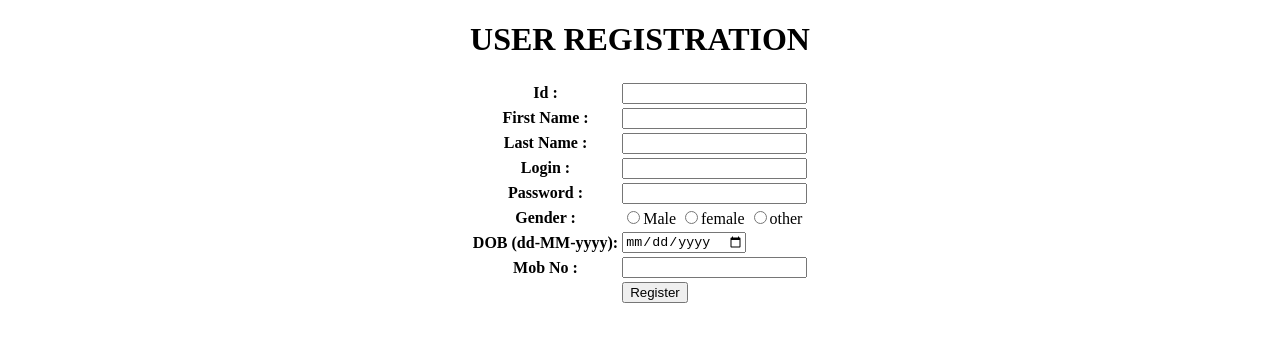
Repository: sachinmandloi1921/AdvanceJava
Page: http://localhost/Advance_Maven/RegView.jsp
An editor plug-in stored every save of this project. The page is shown before and after the next save, followed by the edit.
The browser window is 1280 px wide. The pictures show the whole page.
The page is served by Tomcat 9. Other server files are loaded and not shown.

Above is the page before, as saved 2022-07-11 11:22:54.

### Advance Workspace/Advance_Maven/src/main/webapp/RegView.jsp
<%@ page language="java" contentType="text/html; charset=ISO-8859-1"
	pageEncoding="ISO-8859-1"%>
<!DOCTYPE html>
<html>
<head>
<meta charset="ISO-8859-1">
<title>Insert title here</title>
</head>
<body>
	<form action="reg" method="post">

		<div align="center">
			<h1>USER REGISTRATION</h1>
			<table>
			<tr>
					<th>Id :</th>
					<td><input type="text" name="id" ></td>
				</tr>
				<tr>
					<th>First Name :</th>
					<td><input type="text" name="fname"></td>
				</tr>

				<tr>
					<th>Last Name :</th>
					<td><input type="text" name="lname"></td>
				</tr>

				<tr>
					<th>Login :</th>
					<td><input type="login" name="login"></td>
				</tr>

				<tr>
					<th>Password :</th>
					<td><input type="password" name="pwd"></td>
				</tr>

				<tr>
					<th>Gender :</th>
					<td><input type="radio" name="gender" value ="Male">Male <input
						type="radio" name="gender" value ="FeMale">female <input type="radio"
						name="gender" value ="Other">other</td>
				</tr>

				<tr>
					<th>DOB (dd-MM-yyyy):</th>
					<td><input type="date" name="dob"></td>
				</tr>

				<tr>
					<th>Mob No :</th>
					<td><input type="text" name="mob"></td>
				</tr>



				<tr>
					<th></th>
					<td><input type="submit" value="Register"></td>
				</tr>

			</table>
		</div>

	</form>
</body>
</html>

After the next save:
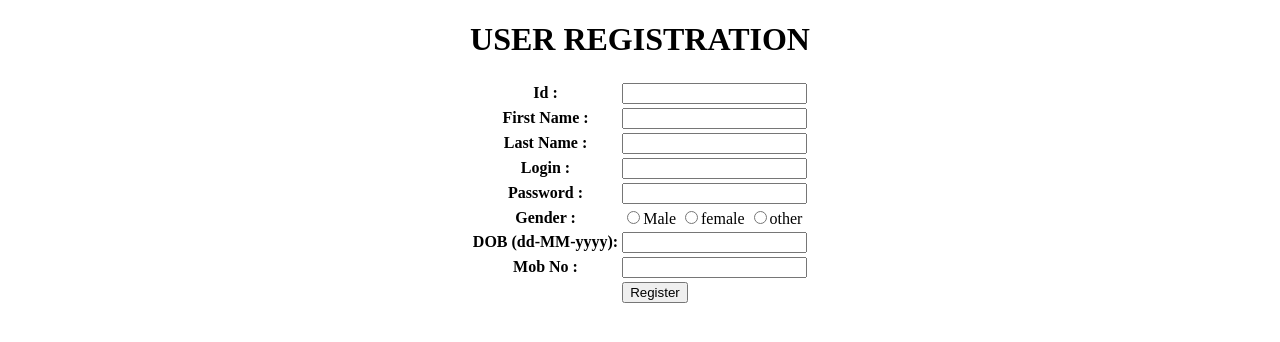
Saved 2 min 44 s later.
--- a/Advance Workspace/Advance_Maven/src/main/webapp/RegView.jsp
+++ b/Advance Workspace/Advance_Maven/src/main/webapp/RegView.jsp
@@ -45,7 +45,7 @@
 
 				<tr>
 					<th>DOB (dd-MM-yyyy):</th>
-					<td><input type="date" name="dob"></td>
+					<td><input type="datetime" name="dob"></td>
 				</tr>
 
 				<tr>

After the save that followed:
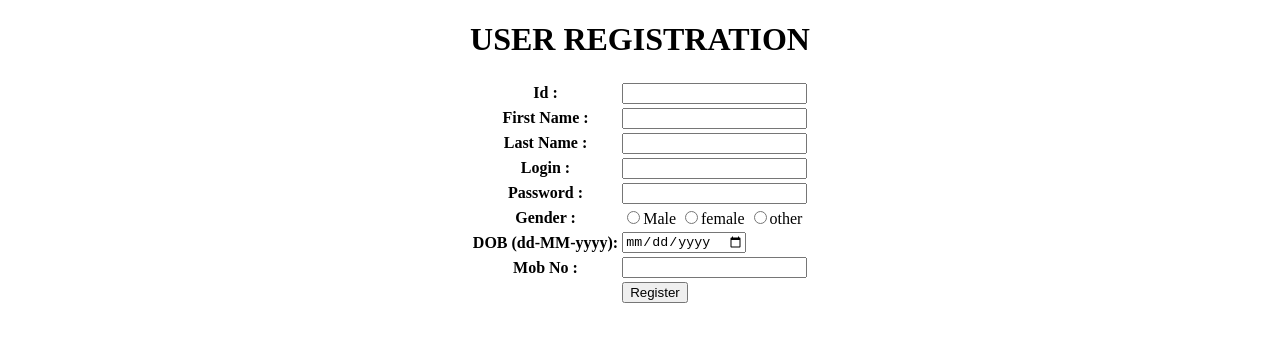
Saved 15 s later.
--- a/Advance Workspace/Advance_Maven/src/main/webapp/RegView.jsp
+++ b/Advance Workspace/Advance_Maven/src/main/webapp/RegView.jsp
@@ -45,7 +45,7 @@
 
 				<tr>
 					<th>DOB (dd-MM-yyyy):</th>
-					<td><input type="datetime" name="dob"></td>
+					<td><input type="date" name="dob"></td>
 				</tr>
 
 				<tr>
